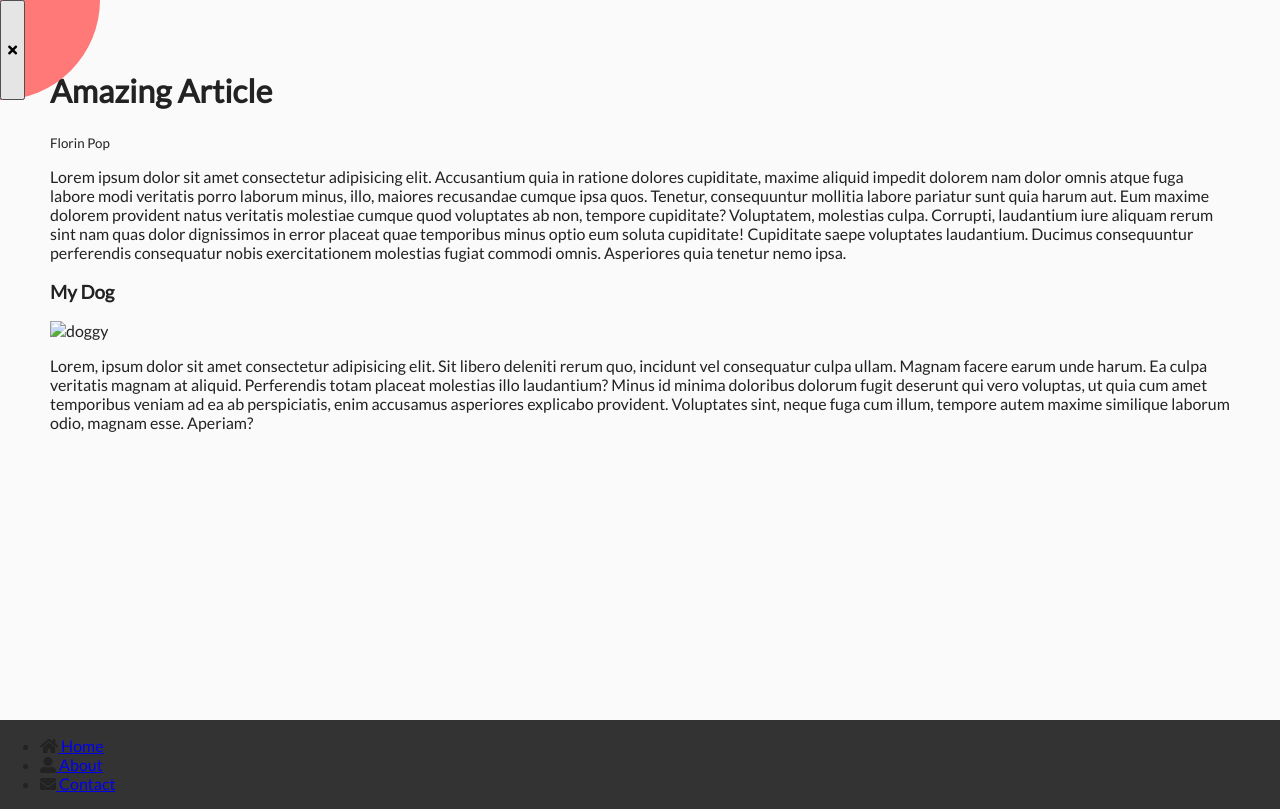
Repository: thecoachanna/rotating-navbar
Page: index.html
These files come from the project's save history. The page is drawn as it stood at one moment and after a run of saves; the edit follows.
The browser window is 1280 px wide. The pictures show the whole page.
Some web libraries are served in a nearby version.

Above is the page before, as saved 2023-02-16 09:05:32.

### index.html
<!DOCTYPE html>
<html lang="en">
<head>
    <meta charset="UTF-8">
    <meta http-equiv="X-UA-Compatible" content="IE=edge">
    <meta name="viewport" content="width=device-width, initial-scale=1.0">
    <link rel="stylesheet" href="https://cdnjs.cloudflare.com/ajax/libs/font-awesome/5.14.0/css/all.min.css" integrity="sha512-1PKOgIY59xJ8Co8+NE6FZ+LOAZKjy+KY8iq0G4B3CyeY6wYHN3yt9PW0XpSriVlkMXe40PTKnXrLnZ9+fkDaog==" crossorigin="anonymous" />
    <link rel="stylesheet" href="style.css" />
    <title>Rotating Navigation</title>
    <link rel="stylesheet" href="style.css">
    <title>Rotating Navigation</title>
</head>
<body>
    <div class="container">
        <div class="circle-container">
            <div class="circle">
                <button id="close">
                    <i class="fas fa-times"></i>
                </button>
                <button id="open">
                    <i class="fas fa-times"></i>
                </button>
            </div>
        </div>

        <div class="content">
        <h1>Amazing Article</h1>
        <small>Florin Pop</small>
        <p>Lorem ipsum dolor sit amet consectetur adipisicing elit. Accusantium quia in ratione dolores cupiditate, maxime aliquid impedit dolorem nam dolor omnis atque fuga labore modi veritatis porro laborum minus, illo, maiores recusandae cumque ipsa quos. Tenetur, consequuntur mollitia labore pariatur sunt quia harum aut. Eum maxime dolorem provident natus veritatis molestiae cumque quod voluptates ab non, tempore cupiditate? Voluptatem, molestias culpa. Corrupti, laudantium iure aliquam rerum sint nam quas dolor dignissimos in error placeat quae temporibus minus optio eum soluta cupiditate! Cupiditate saepe voluptates laudantium. Ducimus consequuntur perferendis consequatur nobis exercitationem molestias fugiat commodi omnis. Asperiores quia tenetur nemo ipsa.</p>

        <h3>My Dog</h3>
        <img src="" alt="doggy" />
        <p>Lorem, ipsum dolor sit amet consectetur adipisicing elit. Sit libero deleniti rerum quo, incidunt vel consequatur culpa ullam. Magnam facere earum unde harum. Ea culpa veritatis magnam at aliquid. Perferendis totam placeat molestias illo laudantium? Minus id minima doloribus dolorum fugit deserunt qui vero voluptas, ut quia cum amet temporibus veniam ad ea ab perspiciatis, enim accusamus asperiores explicabo provident. Voluptates sint, neque fuga cum illum, tempore autem maxime similique laborum odio, magnam esse. Aperiam?</p>
      </div>
    </div>

    <nav>
      <ul>
        <li><i class="fas fa-home"></i><a href="#"> Home</a></li>
        <li><i class="fas fa-user-alt"></i><a href="#"> About</a></li>
        <li><i class="fas fa-envelope"></i><a href="#"> Contact</a></li>
      </ul>
    </nav>
    <script src="script.js"></script>
</body>
</html>

### style.css
@import url('https://fonts.googleapis.com/css2?family=Lato&display=swap');


* {
    box-sizing: border-box;
}

body {
    font-family: 'Lato', sans-serif;
    background-color: #333;
    color: #222;
    overflow-x: hidden;
    margin: 0;
}

.container {
    background-color: #fafafa;
    transform-origin: top left;
    transition: transform 0.5s linear;
    width: 100vw;
    min-height: 100vh;
    padding: 50px;
}

.container.show-nav {
    transform: rotate(-20deg);
}

.circle-container {
    position:fixed;
    top: -100px;
    left: -100px;

}

.circle {
    background-color: #ff7979;
    height: 200px;
    width: 200px;
    border-radius: 50%;
    position: relative;
    transition: transform 0.5s linear;
}

.circle button {
    position: absolute;
    top: 50%;
    left: 50%;
    height: 100px;
    back
}

Loaded but not shown: script.js (no copy from this time; the picture is the same without it)

After the next 2 saves:
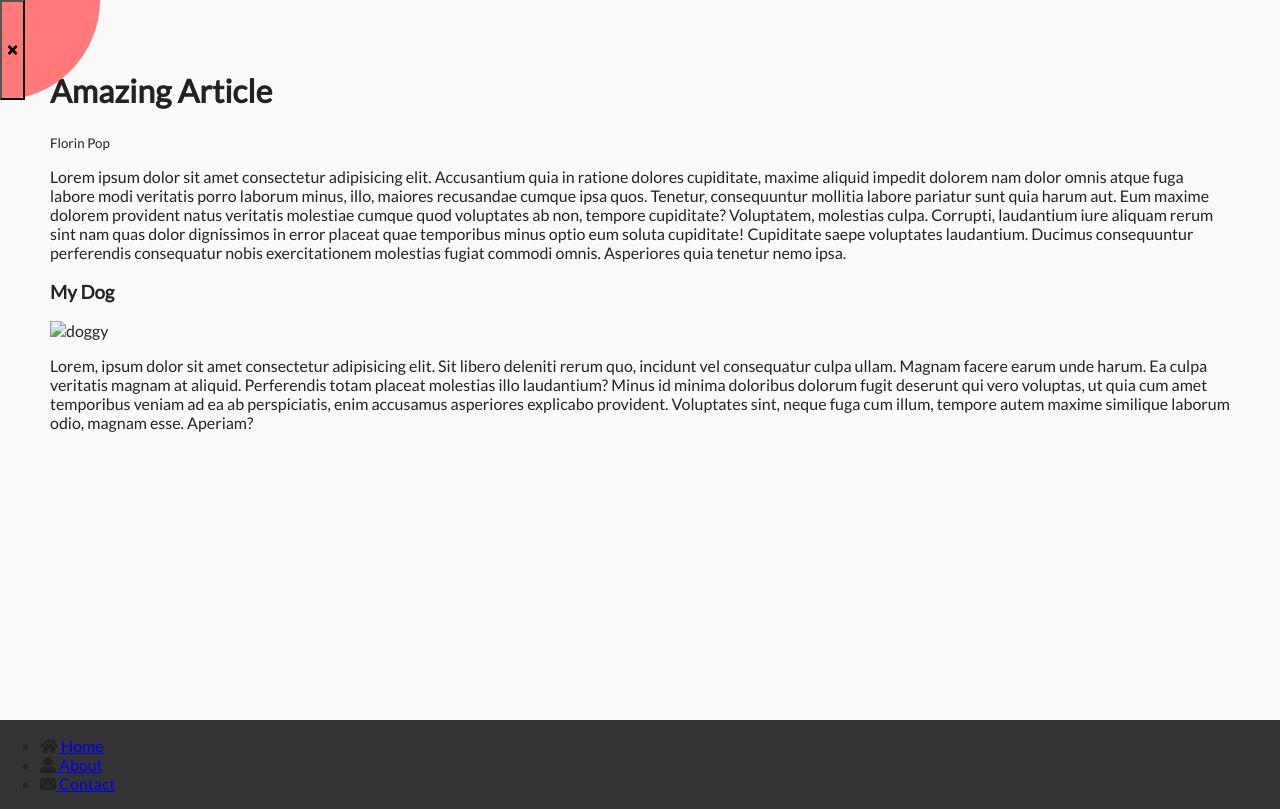
The 2 saves are shown as one change because they came seconds apart.
The last was saved 6 s later.
--- a/style.css
+++ b/style.css
@@ -47,5 +47,6 @@ body {
     top: 50%;
     left: 50%;
     height: 100px;
-    back
+    background: transparent;
+
 }
